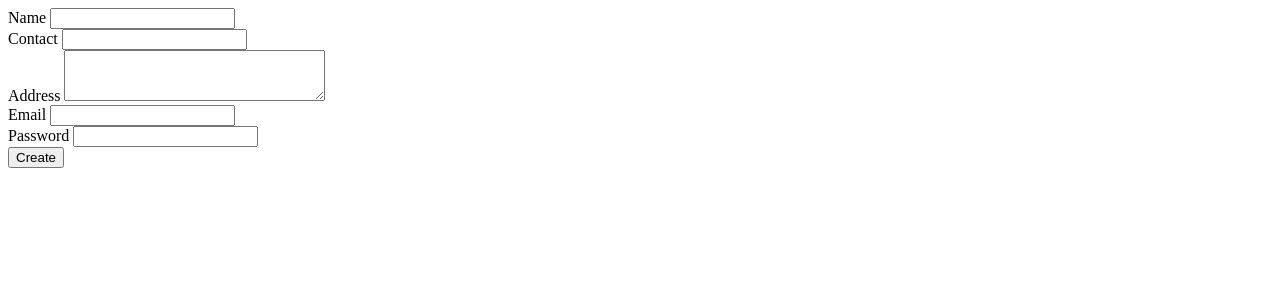
Repository: RahulLanjewar93/doctor
Page: http://localhost/signup.php
The author's editor kept a copy of each file at every save. The page is drawn from the files as they stood at one save, then again after a run of saves.
The browser window is 1280 px wide. The pictures show the whole page.
The page is run by PHP 8.4 with error messages shown; the project is at /var/www/html/.

Above is the page before, as saved 2022-03-17 00:05:52.
Console error: ReferenceError: $ is not defined

### signup.php
<?php session_start() ?>
<div class="container-fluid">
	<form action="" id="signup-frm">
		<div class="form-group">
			<label for="" class="control-label">Name</label>
			<input type="text" name="name" required="" class="form-control">
		</div>
		<div class="form-group">
			<label for="" class="control-label">Contact</label>
			<input type="text" name="contact" required="" class="form-control">
		</div>
		<div class="form-group">
			<label for="" class="control-label">Address</label>
			<textarea cols="30" rows="3" name="address" required="" class="form-control"></textarea>
		</div>
		<div class="form-group">
			<label for="" class="control-label">Email</label>
			<input type="email" name="email" required="" class="form-control">
		</div>
		<div class="form-group">
			<label for="" class="control-label">Password</label>
			<input type="password" name="password" required="" class="form-control">
		</div>
		<button class="button btn btn-info btn-sm">Create</button>
	</form>
</div>

<style>
	#uni_modal .modal-footer{
		display:none;
	}
</style>
<script>
	$('#signup-frm').submit(function(e){
		e.preventDefault()
		$('#signup-frm button[type="submit"]').attr('disabled',true).html('Saving...');
		if($(this).find('.alert-danger').length > 0 )
			$(this).find('.alert-danger').remove();
		$.ajax({
			url:'admin/ajax.php?action=signup',
			method:'POST',
			data:$(this).serialize(),
			error:err=>{
				console.log(err)
		$('#signup-frm button[type="submit"]').removeAttr('disabled').html('Create');

			},
			success:function(resp){
				if(resp == 1){
					location.reload();
				}else{
					$('#signup-frm').prepend('<div class="alert alert-danger">Email already exist.</div>')
					$('#signup-frm button[type="submit"]').removeAttr('disabled').html('Create');
				}
			}
		})
	})
</script>

After the next 2 saves:
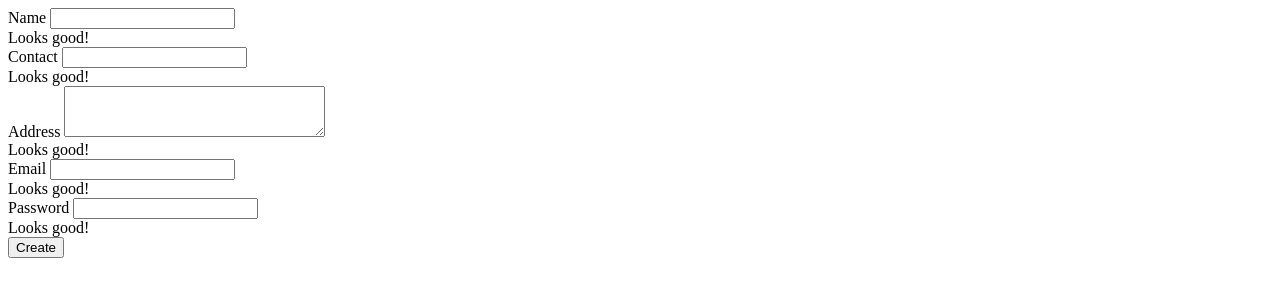
The 2 saves are shown as one change because they came seconds apart.
The last was saved 9 min 12 s later.
--- a/signup.php
+++ b/signup.php
@@ -1,25 +1,40 @@
 <?php session_start() ?>
 <div class="container-fluid">
-	<form action="" id="signup-frm">
+	<form action="" class="needs-validation" novalidate id="signup-frm">
 		<div class="form-group">
 			<label for="" class="control-label">Name</label>
 			<input type="text" name="name" required="" class="form-control">
+<div class="valid-feedback">
+      Looks good!
+    </div>
 		</div>
 		<div class="form-group">
 			<label for="" class="control-label">Contact</label>
 			<input type="text" name="contact" required="" class="form-control">
+<div class="valid-feedback">
+      Looks good!
+    </div>
 		</div>
 		<div class="form-group">
 			<label for="" class="control-label">Address</label>
 			<textarea cols="30" rows="3" name="address" required="" class="form-control"></textarea>
+<div class="valid-feedback">
+      Looks good!
+    </div>
 		</div>
 		<div class="form-group">
 			<label for="" class="control-label">Email</label>
 			<input type="email" name="email" required="" class="form-control">
+<div class="valid-feedback">
+      Looks good!
+    </div>
 		</div>
 		<div class="form-group">
 			<label for="" class="control-label">Password</label>
 			<input type="password" name="password" required="" class="form-control">
+<div class="valid-feedback">
+      Looks good!
+    </div>
 		</div>
 		<button class="button btn btn-info btn-sm">Create</button>
 	</form>
